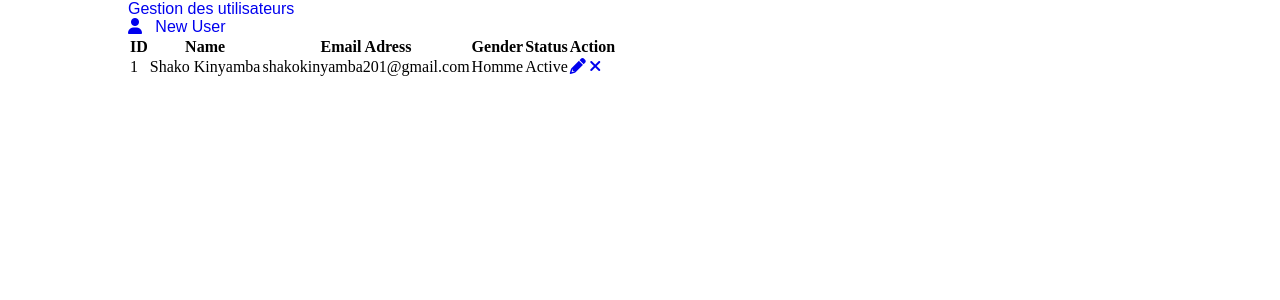
Repository: SKB-TECH/CrudMren
Page: index.html
An editor plug-in stored every save of this project. The page is shown before and after a run of saves, followed by the edit.
The browser window is 1280 px wide. The pictures show the whole page.
Some web fonts or font styles are not loaded; a fallback is used.

Above is the page before, as saved 2022-10-05 09:29:25.

### index.html
<!DOCTYPE html>
<html lang="en">

<head>
    <meta charset="UTF-8">
    <meta http-equiv="X-UA-Compatible" content="IE=edge">
    <meta name="viewport" content="width=device-width, initial-scale=1.0">
    <link rel="stylesheet" href="https://cdnjs.cloudflare.com/ajax/libs/font-awesome/6.2.0/css/all.min.css"
        integrity="sha512-xh6O/CkQoPOWDdYTDqeRdPCVd1SpvCA9XXcUnZS2FmJNp1coAFzvtCN9BmamE+4aHK8yyUHUSCcJHgXloTyT2A=="
        crossorigin="anonymous" referrerpolicy="no-referrer" />
    <link rel="stylesheet" href="./assets/css/style.css">
    <title>CRUD APPLICATION</title>
</head>

<body>
    <!-- Header -->
    <header id="header">
        <nav>
            <div class="container">
                <div class="text-center">
                    <a href="/" class="nav-brand">Gestion des utilisateurs</a>
                </div>
            </div>
        </nav>
    </header>
    <!-- /Header -->
    <!-- Main  -->
    <main id="site-main">
        <div class="container">
            <div class="box-nav d-flex-justify=between ">
                <a href="/add-user" class="border-shadow">
                    <span class="text-gradient"><i class="fas fa-user"></i> &nbsp; New User</span>
                </a>
            </div>


            <!-- Form handling -->
            <form action="/" method="POST">
                <table class="table">
                    <thead class="thead-dark">
                        <tr>
                            <th>ID</th>
                            <th>Name</th>
                            <th>Email Adress</th>
                            <th>Gender</th>
                            <th>Status</th>
                            <th>Action</th>
                        </tr>
                    <tbody>
                        <tr>
                            <td>1</td>
                            <td>Shako Kinyamba</td>
                            <td>shakokinyamba201@gmail.com</td>
                            <td>Homme</td>
                            <td>Active</td>
                            <td>
                                <a href="#" class="btn border-shadow update">
                                    <span class="text-gradient">
                                        <i class="fas fa-pencil-alt"></i>
                                    </span>
                                </a>

                                <a href="#" class="btn border-shadow delete">
                                    <span class="text-gradient">
                                        <i class="fas fa-times"></i>
                                    </span>
                                </a>
                            </td>
                        </tr>
                    </tbody>
                    </thead>
                </table>
            </form>
            <!-- /Form handling -->
        </div>
    </main>
    <!-- /Main -->
</body>

</html>

### assets/css/style.css
@import url('https://fonts.googleapis.com/css2?family=Barlow&family=PT+Sans&display=swap');

/* font-family: 'Barlow', sans-serif;
font-family: 'PT Sans', sans-serif; */

:root {
    --dark: #2b2d42;
    --light: #adb5bd;
    --border: #dee2e6;
    --border-btn: #edf2f4
}

* {
    padding: 0;
    margin: 0;
    box-sizing: border-box;
}

a {
    text-decoration: none;
    font-family: 'PT Sans', sans-serif;
}

.container {
    max-width: 1024px;
    margin: auto;
}

.nav-brand{
    font-size: 1.5;
}

After the next 5 saves:
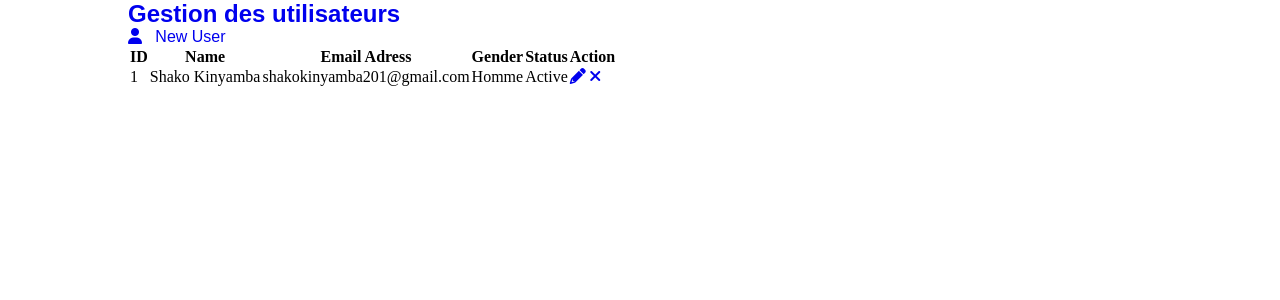
The 5 saves are shown as one change because they came seconds apart.
The last was saved 13 s later.
--- a/assets/css/style.css
+++ b/assets/css/style.css
@@ -26,6 +26,7 @@ a {
     margin: auto;
 }
 
-.nav-brand{
-    font-size: 1.5;
+.nav-brand {
+    font-size: 1.5em;
+    font-weight: bold;
 }
